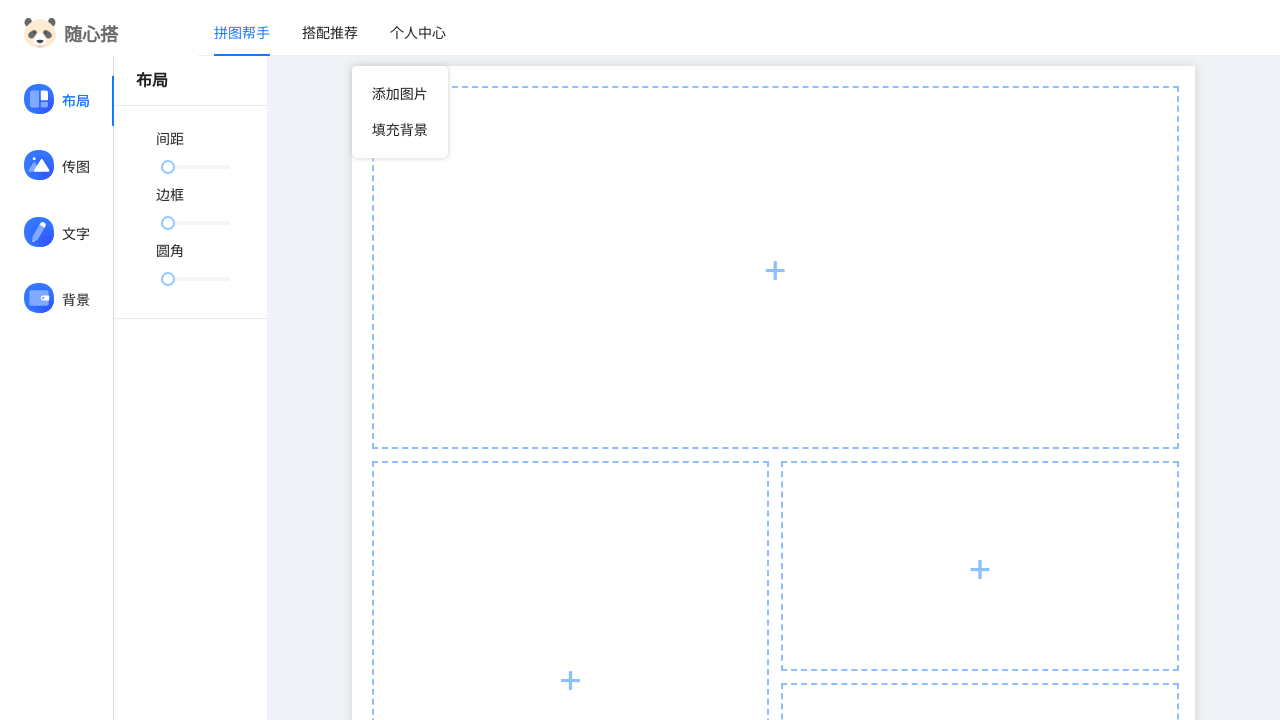
Repository: zzq1101921989/low-code
Page: /
The author's editor kept a copy of each file at every save. The page is drawn from the files as they stood at one save, then again after the next save.
The browser window is 1280 px wide. The pictures show the whole page.
The project was rebuilt for these pictures with package versions that can differ from the ones it lists, and the page was loaded fresh each time. Also part of the build but not shown: vite.config.ts, src/pages/admin/index.tsx, src/components/icon/ClothesIcon.tsx, src/components/icon/HairIcon.tsx, src/components/icon/PantsIcon.tsx, src/components/icon/ShoeIcon.tsx, src/pages/recommend/index.tsx.

Above is the page before, as saved 2023-05-10 22:38:23.

After the next save:
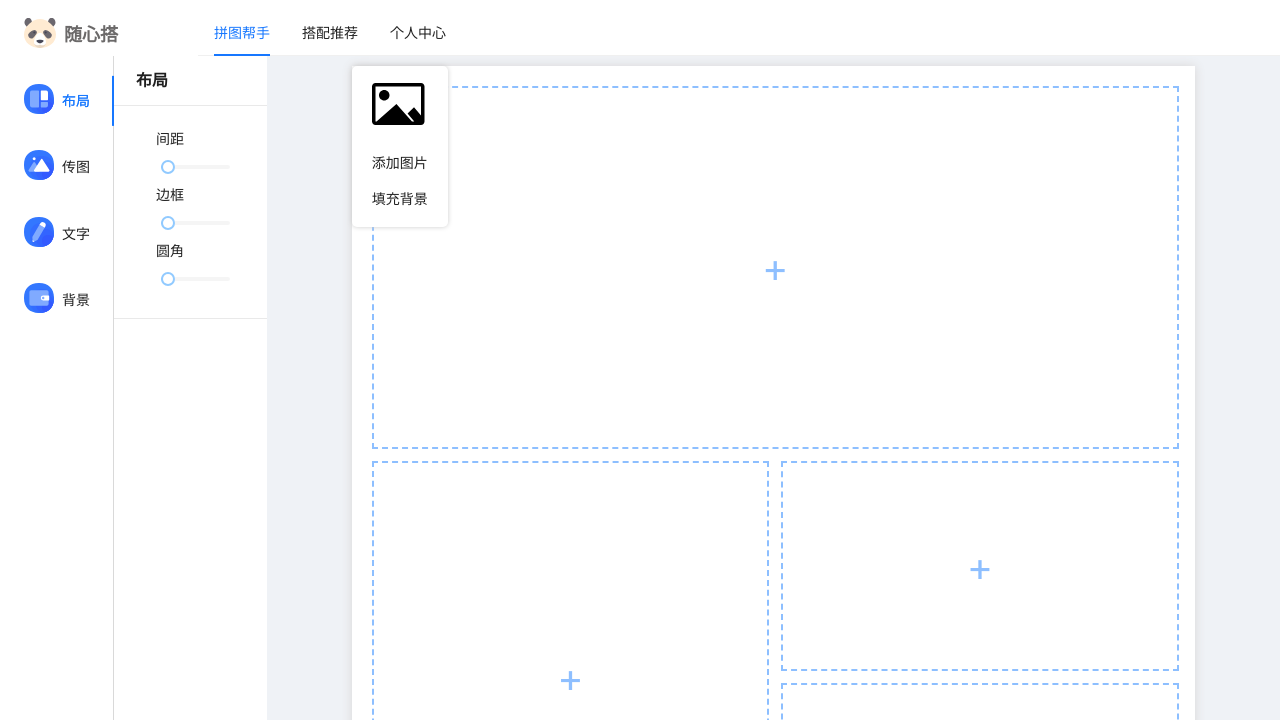
Saved 45 s later.
--- a/src/pages/home/components/contextmenu/index.tsx
+++ b/src/pages/home/components/contextmenu/index.tsx
@@ -1,16 +1,29 @@
 import { FC } from "react";
 import styles from "./index.module.less";
 
-type ContextMenuProps = {
-
-}
+type ContextMenuProps = {};
 const ContextMenu: FC<ContextMenuProps> = (props) => {
-    const { } = props;
-    return (
-        <div className={styles.contextMenu}>
-            <div className={styles.contextMenuItem}>添加图片</div>
-            <div className={styles.contextMenuItem}>填充背景</div>
-          </div>
-      )
-}
-export default ContextMenu
+  const {} = props;
+  return (
+    <div className={styles.contextMenu}>
+      <div className={styles.contextMenuItem}>
+        <svg
+          xmlns="http://www.w3.org/2000/svg"
+          xmlnsXlink="http://www.w3.org/1999/xlink"
+          version="1.1"
+          id="图层_1"
+          x="0px"
+          y="0px"
+          viewBox="0 0 16 16"
+          enable-background="new 0 0 16 16"
+          xmlSpace="preserve"
+        >
+          <path d="M3.5,7C2.672,7,2,6.328,2,5.5S2.672,4,3.5,4S5,4.672,5,5.5S4.328,7,3.5,7z M1,2h13c0.552,0,1,0.448,1,1v10  c0,0.552-0.448,1-1,1H1c-0.552,0-1-0.448-1-1V3C0,2.448,0.448,2,1,2z M14,11.294V3H1v10h0.297l5.687-5l4.433,5h0.661l-1.916-2.267  l1.843-1.77L14,11.294z"></path>
+        </svg>
+        添加图片
+      </div>
+      <div className={styles.contextMenuItem}>填充背景</div>
+    </div>
+  );
+};
+export default ContextMenu;
